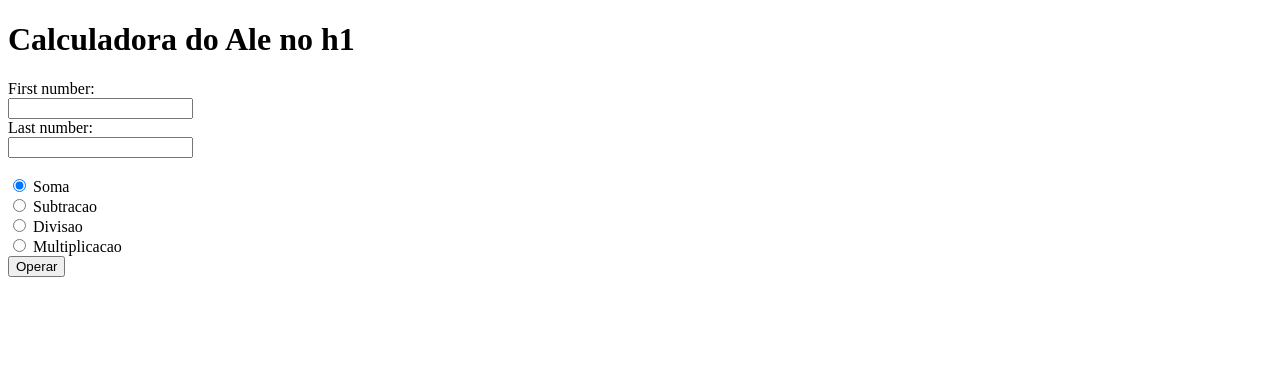
Repository: Alexandre-engelmann/git_lucas_mentory
Page: http://localhost/Calculadora/
These files come from the project's save history. The page is drawn as it stood at one moment and after the next save; the edit follows.
The browser window is 1280 px wide. The pictures show the whole page.
The page is served by Tomcat 9.

Above is the page before, as saved 2019-12-19 20:54:00.

After the next save:
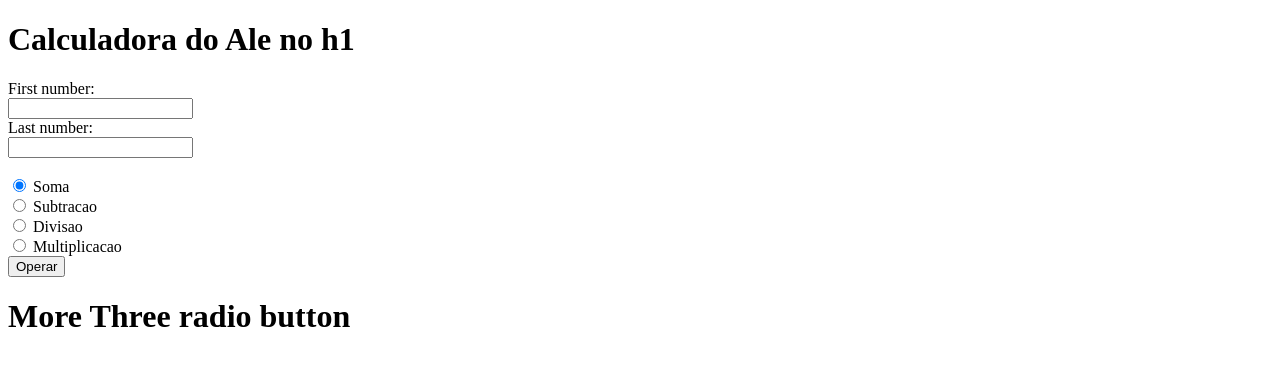
Saved 15 h 20 min later.
--- a/Calculadora/WebContent/index.jsp
+++ b/Calculadora/WebContent/index.jsp
@@ -25,6 +25,9 @@
   <input type="submit" value="Operar">
 </form>
 
+<h1>More Three radio button</h1>
+
+
 
 </body>
 </html>
